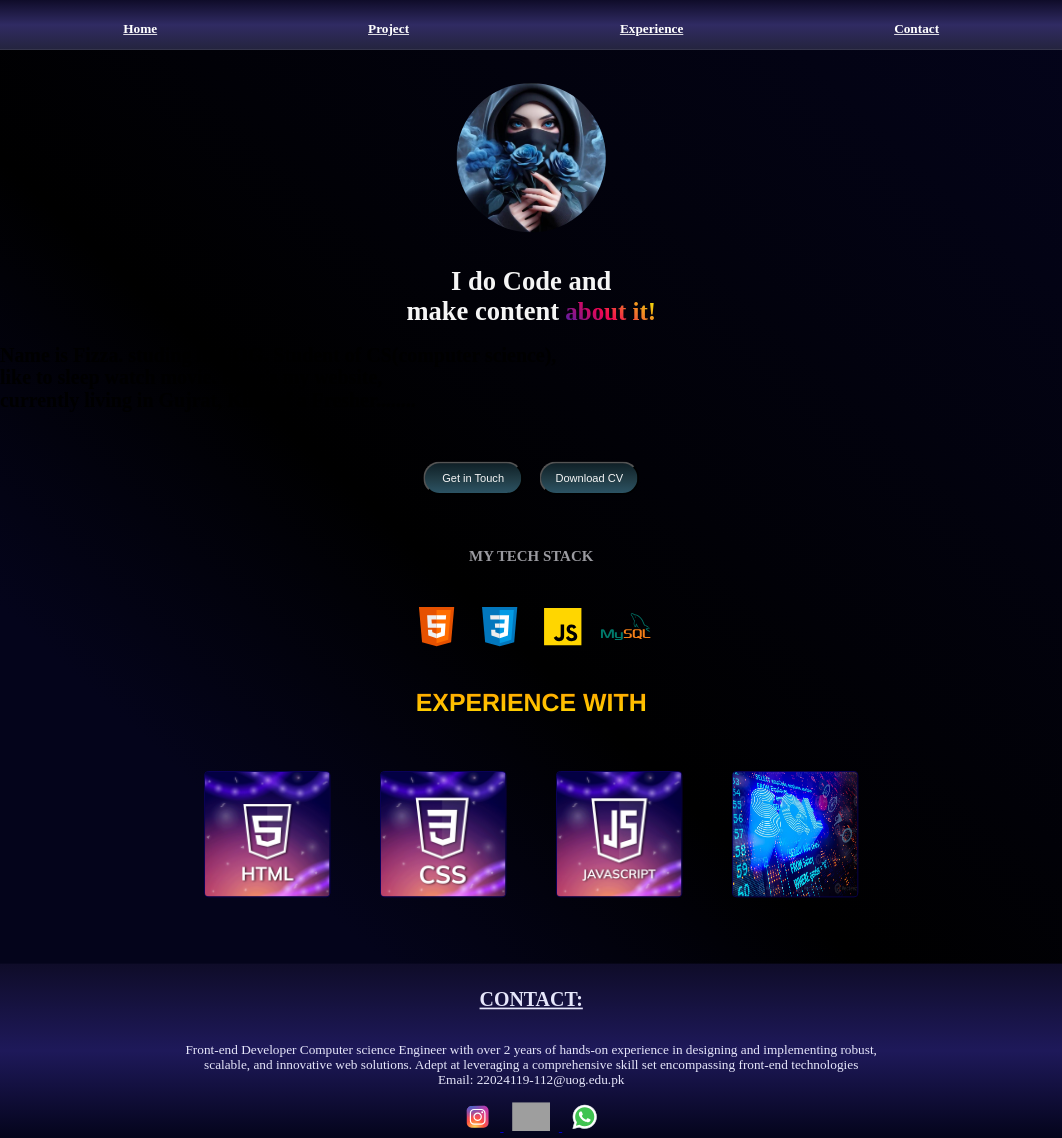
Repository: Fizza-112/portfolio
Page: index.html
These files come from the project's save history. The page is drawn as it stood at one moment and after the next save; the edit follows.
The browser window is 1280 px wide. The pictures show the whole page, at 83% of full size.
Pictures or frames that could not be fetched are drawn as grey boxes.

Above is the page before, as saved 2024-09-07 03:47:20.

After the next save:
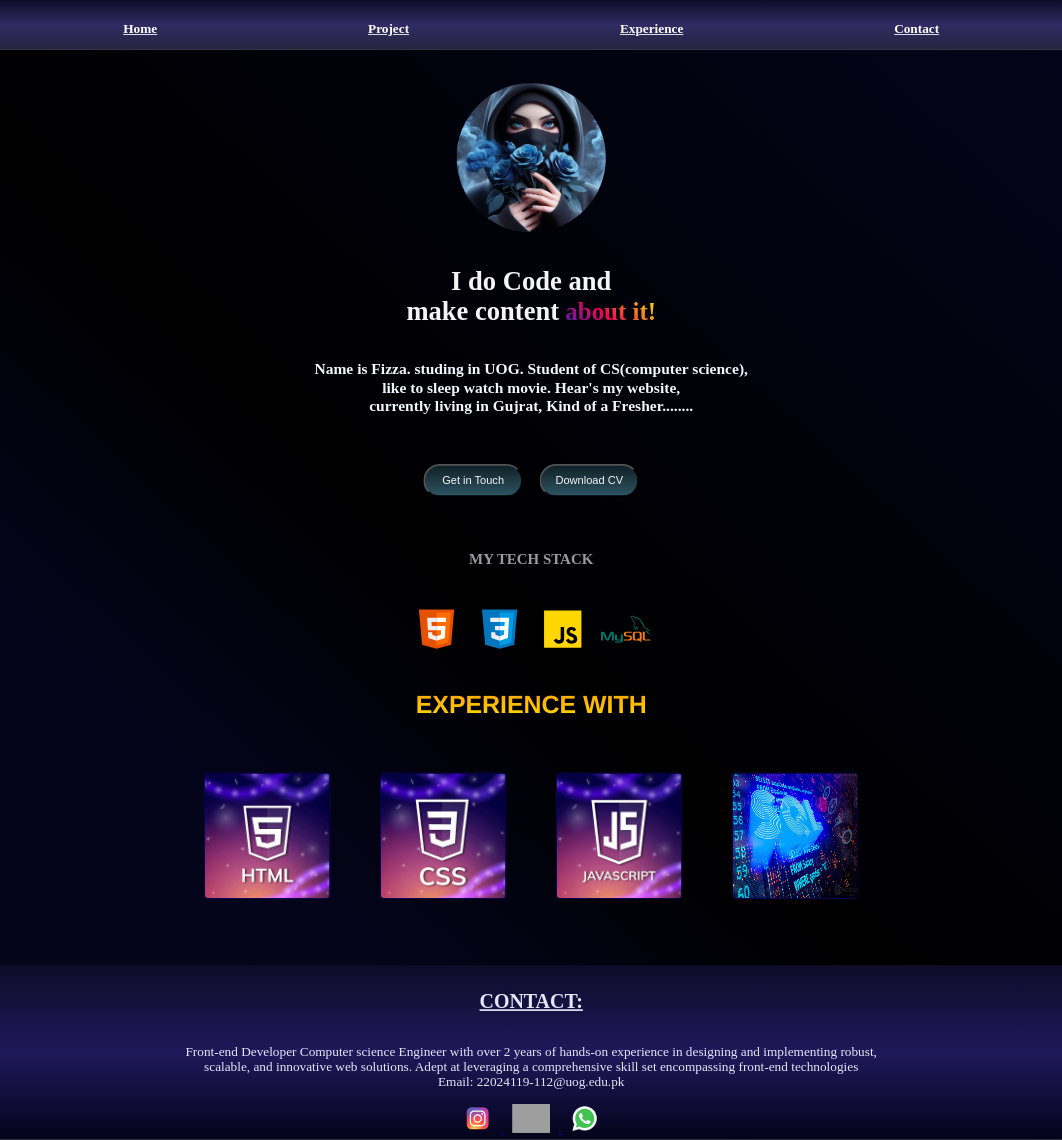
Saved 5 s later.
--- a/index.html
+++ b/index.html
@@ -29,7 +29,7 @@
             </h1>
         </div>
         <p>
-            <h2>
+            <h3>
             Name is Fizza. studing in UOG. Student of CS(computer science),<br>
             like to sleep watch movie. Hear's my website,<br>
             currently living in Gujrat, Kind of a Fresher........</h2>
